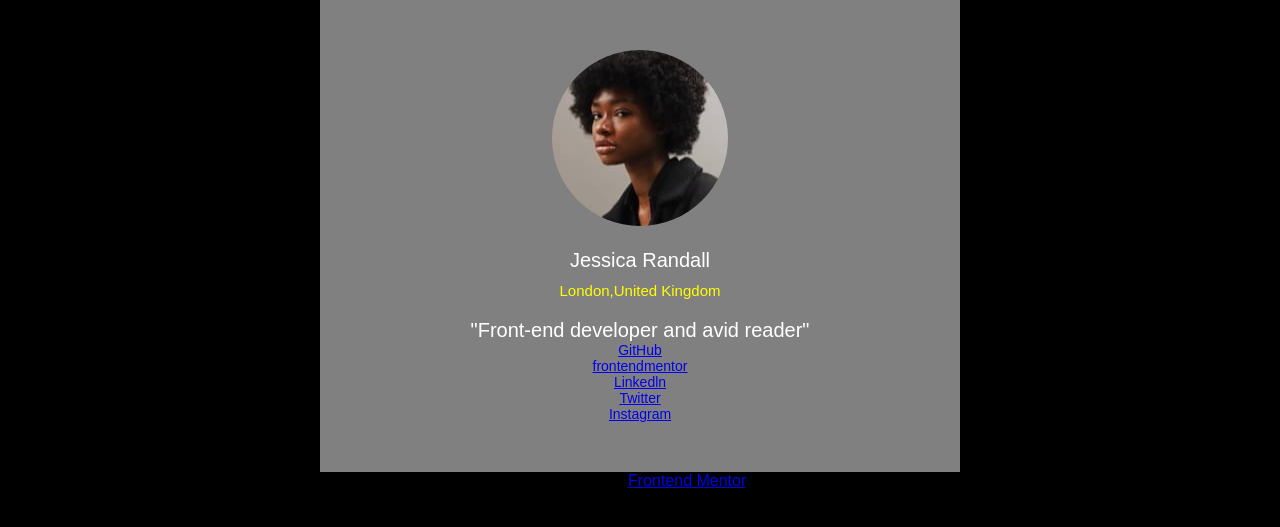
Repository: JosephAbatan05/Social-links-profile
Page: social-links-profile-main/index.html
The author's editor kept a copy of each file at every save. The page is drawn from the files as they stood at one save, then again after the next save.
The browser window is 1280 px wide. The pictures show the whole page.

Above is the page before, as saved 2025-01-25 10:54:35.

### social-links-profile-main/index.html
<!DOCTYPE html>
<html lang="en">
<head>
  <meta charset="UTF-8">
  <meta name="viewport" content="width=device-width, initial-scale=1.0"> <!-- displays site properly based on user's device -->

  <link rel="icon" type="image/png" sizes="32x32" href="./assets/images/favicon-32x32.png">

  <title>Frontend Mentor | Social links profile</title>
<link rel="stylesheet" href="styles.css">

  <!-- Feel free to remove these styles or customise in your own stylesheet 👍 --<style>
    .attribution { font-size: 11px; text-align: center; }
    .attribution a { color: hsl(228, 45%, 44%); }
  </style>
</head>
<body>

  Jessica Randall
  London, United Kingdom
  "Front-end developer and avid reader."

  GitHub
  Frontend Mentor
  LinkedIn
  Twitter
  Instagram


-->

<div class="container">
  <img src="assets\images\avatar-jessica.jpeg" >

<div id="name">Jessica Randall</div>
<div class="description">London,United Kingdom</div>
<div class="about">"Front-end developer and avid reader"</div>
<div id="fa-links-container">
  <div>
    <a href="https://github.com" class="button">GitHub</a></div>



   <div> <a href="https://frontendmentor.com" class="button">frontendmentor</a></div>



    <div><a href="https://Linkedln.com" class="button">Linkedln</a></div>





    <div><a href="https://Twitter.com" class="button">Twitter</a></div>





    <div><a href="https://Instagram.com" class="button">Instagram</a></div>






  </div>



</div>


</div>
<div class="attribution">
  Challenge by <a href="https://www.frontendmentor.io?ref=challenge" target="_blank">Frontend Mentor</a>.
</div>

</body>
</html>

### social-links-profile-main/styles.css
body{
    margin:0;
    padding:0;
    box-sizing: border-box;
    background-color: black;
    font-family: sans-serif;
}
.container{
    text-align: center;
    margin: 0 auto;
    font-size:14px;
    background-color: grey;
    max-width: 50%;
    padding: 50px 0;
}
img{
    border-radius:50%;


}
.container #name{
    color:white;
    margin-top: 20px;
    font-size:20px;
}

.container .description{
    color:yellow;
    margin-top: 10px;
    font-size: 15px;
}
.container .about{
    margin-top:20px;
    color:white;
    font-size: 20px;
}

.fa-links-container{
    margin-top:20px;
    padding:10px;
    text-align: center;

}

.fa-links-container div {
    padding:10px;
    border-radius:5px;
    background-color:rgb(37, 36, 36);
    color:white;
    margin:0  auto;
    max-width: 45%;
    align-items:flex-end;
   margin-top: 5px;
   font-weight:bold
}

.buttons{
    display: flex;
}
.attribution{
    text-align:center;
    text-decoration: none;
}

After the next save:
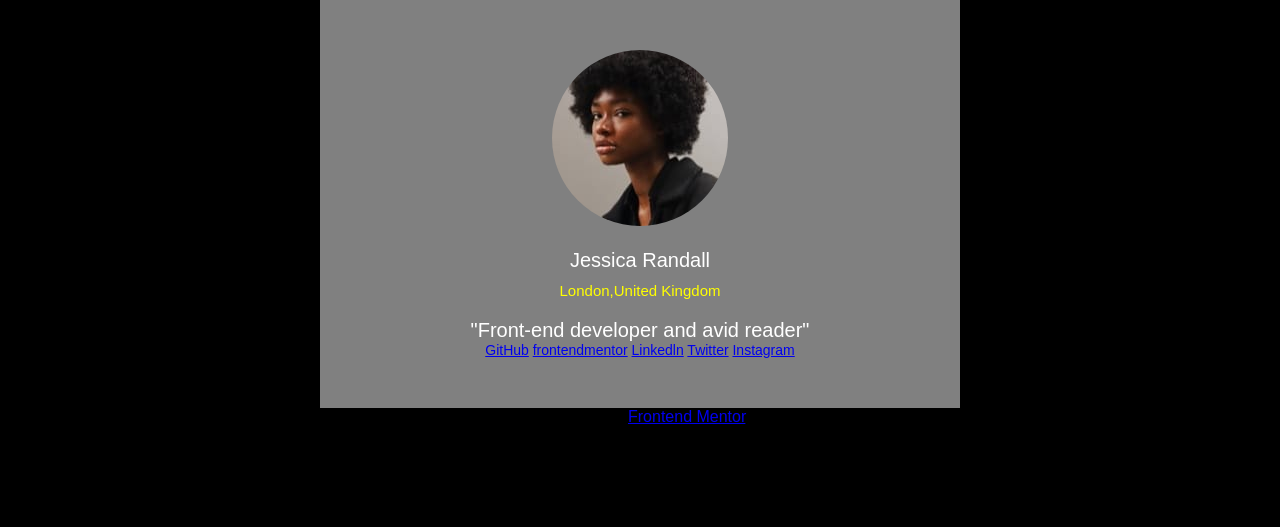
Saved 14 s later.
--- a/social-links-profile-main/index.html
+++ b/social-links-profile-main/index.html
@@ -37,27 +37,28 @@
 <div class="about">"Front-end developer and avid reader"</div>
 <div id="fa-links-container">
   <div>
-    <a href="https://github.com" class="button">GitHub</a></div>
+    <a href="https://github.com" class="button">GitHub</a>
 
 
 
-   <div> <a href="https://frontendmentor.com" class="button">frontendmentor</a></div>
+    <a href="https://frontendmentor.com" class="button">frontendmentor</a>
 
 
 
-    <div><a href="https://Linkedln.com" class="button">Linkedln</a></div>
+
+    <a href="https://Linkedln.com" class="button">Linkedln</a>
 
 
 
 
 
-    <div><a href="https://Twitter.com" class="button">Twitter</a></div>
+    <a href="https://Twitter.com" class="button">Twitter</a>
 
 
 
 
 
-    <div><a href="https://Instagram.com" class="button">Instagram</a></div>
+    <a href="https://Instagram.com" class="button">Instagram</a>
 
 
 
